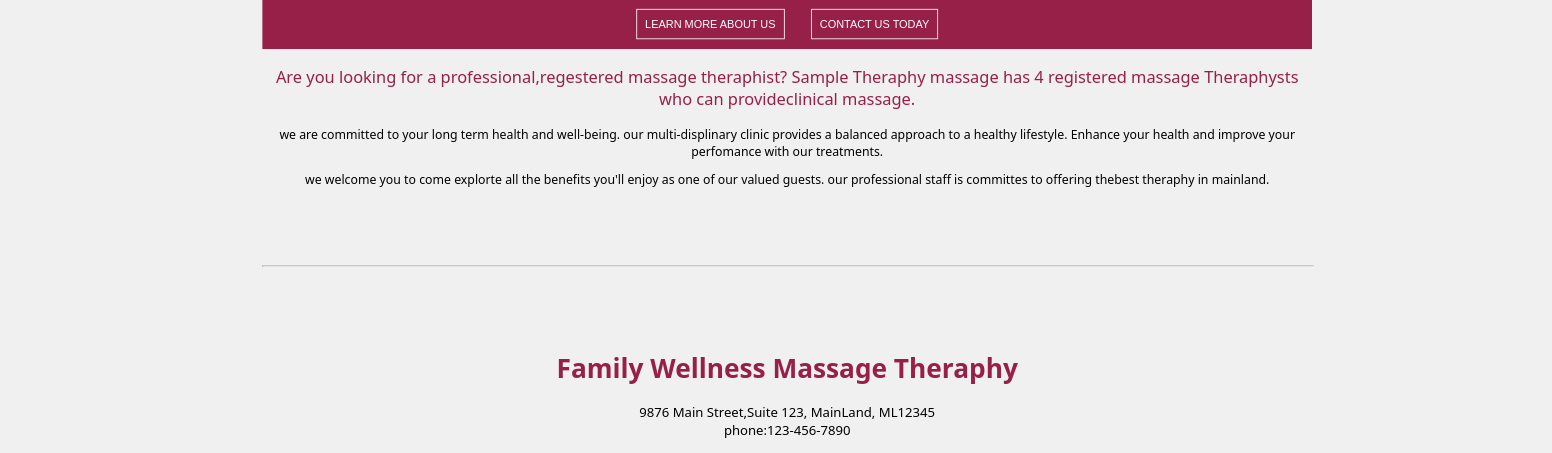
Repository: sriram1224/reactas1.github.io
Page: /
These files come from the project's save history. The page is drawn as it stood at one moment and after the next save; the edit follows.
The browser window is 1280 px wide. The page is 1893 px wide, so the pictures cover 1893 px, including what lies to the right of the window. The pictures show the part of the page from y = 1073 to 1717 px (the page is 1625 px tall before and 1717 px after), at 82% of full size.
Some web fonts or font styles are not loaded; a fallback is used. The project was rebuilt for these pictures with package versions that can differ from the ones it lists, and the page was loaded fresh each time. Also part of the build but not shown: src/App.css.

Above is the page before, as saved 2024-03-05 20:00:35.

### public/index.html
<!DOCTYPE html>
<html lang="en">
  <head>
    <meta charset="utf-8" />

    <meta name="viewport" content="width=device-width, initial-scale=1" />
    <meta name="theme-color" content="#000000" />
    <meta
      name="description"
      content="Web site created using create-react-app"
    />
    <link rel="stylesheet" href="./style.css">

    <title>React App</title>
  </head>
  <body>

    <div id="root"></div>


  </body>
</html>

### src/App.js
import Header from './Components/Header.js'; // Importing the Header component
import './App.css'; // Importing the CSS file for styling
import Nav from './Components/Nav.js'; // Importing the Nav component
import Body from './Components/Body.js'; // Importing the Body component

function App() {
  return (
    <div className="App"> {/* Wrapper div with class name 'App' */}
      <Header /> {/* Rendering the Header component */}
      <Nav /> {/* Rendering the Nav component */}
      <Body /> {/* Rendering the Body component */}
    </div>
  );
}

export default App; // Exporting the App component

### src/Components/Header.js

import "./Header.css";

function Header() {
  return (
    <header className="header">
      <h1>Family Wellness</h1>
      <p>MASSAGE THERAPY</p>

    </header>

  );
}
export default Header;

### src/Components/Nav.js

import Navc from './Nav.css';
function Nav(){
    return (
        <nav className='Nav'>
            <ul>
                <li id='first'>HOME</li>
                <li>ABOUT</li>
                <li>SERVICES</li>
                <li>FAQ</li>
                <li>CONTACT</li>
            </ul>
        </nav>
    )
}
export default Nav;

### src/Components/Body.js

import bodycss from './body.css'
import Carousel from './courosel';

function Card(){
    return(
        <div className="main">
        <div className='card'>
        <h1>Think Health. Think Massage</h1>

        <p>we are  open 9am to 6pm; Monday through Sunday. if you would like to schedule an appointment with us, phone call us at +91 1234567890 today!</p>
        <div className='button-container'>
        <button>LEARN MORE ABOUT US</button>
        <button>CONTACT US TODAY</button></div>

        </div>
        <div className='para'>
        <p className="p1">
        Are you looking for a professional,regestered massage theraphist? Sample Theraphy massage has 4 registered massage Theraphysts who can provideclinical massage.
        </p>
        <p>
        we are committed to your long term health and well-being. our multi-displinary clinic provides a balanced approach to a healthy lifestyle. Enhance your health and improve your perfomance with our treatments.
        </p>
        <p>
        we welcome you to come explorte all the benefits you'll enjoy as one of our valued guests. our professional staff is committes to offering thebest theraphy in mainland.
        </p>
        </div>
        <hr className="hline">
        </hr>
        <div className="main3">
        <h1 className="headings">
        Family Wellness Massage Theraphy
        </h1>
        <p>
        9876 Main Street,Suite 123, MainLand, ML12345<br></br>
        phone:123-456-7890
        </p>
        </div>
        </div>
    );
}


function ControlledCarousel() {
  return (
    <div className='main'>
    <div className='carousel'>
    <Carousel />
    </div>
    <Card />

    </div>
  );
}

export default ControlledCarousel;

### src/Components/Header.css
.header{
    padding-left: 40px;
}

### src/Components/Nav.css

@import url('https://fonts.googleapis.com/css2?family=Noto+Sans:ital,wght@0,100..900;1,100..900&family=Protest+Revolution&display=swap');
body{
    font-family: "Noto Sans", sans-serif;
    margin: 0%;
    padding: 0%;
}
.Nav{
    display: flex;
    justify-content: space-between;
    align-items: center;
    color: white;
    width: 100%;
}
.Nav ul{
    display: flex;

    align-items: center;
    list-style: none;

    width: 96%;
   padding: 20px;
}
.Nav ul li{
    padding: 20px 10rem;

    background-color: rgb(165,161,158);
    text-align: center;
}
#first{
    color: white;
    background-color: rgb(151,32,72);
}

### src/Components/body.css

.button-container{
    display: flex;
    justify-content: center;
    align-items:center;
    padding: 2rem;
    gap: 2rem;

}
.button-container button{
    padding: 10px;
    background-color: Transparent;
    background-repeat:no-repeat;
    border: none;
    cursor:pointer;
    overflow: hidden;
    border:1px solid white;
    color:white;
}

.card{
    display: flex;

    flex-direction: column;
    color:white;
   height: 35rem;
   width: 80rem;
   height: 200px;

   margin-left: 20rem;
   margin-top:30px;
   text-align: center;
    justify-content: center;
    background-color: rgb(151,32,72);


}
.para{
    text-align:center;
    width: 80rem;
    font-size: 15px;
   margin-left: 20rem;

}
.para .p1{
    color:rgb(151,32,72);
    font-size: 20px;

}
.hline{
    width:80rem;
    margin-left: 20rem;
    margin:  5rem 20rem;

}
.main3{
    width:80rem;
    margin-left: 20rem;
    text-align: center;

}
.headings{
    color:rgb(151,32,72)
}
.carousel{
    width:80rem;

    margin-left: 20rem;


}
.main{
    display:flex;
    flex-direction:column;

}

### src/Components/courosel.js
import React from 'react';
import Slider from 'react-slick';
import 'slick-carousel/slick/slick.css';
import 'slick-carousel/slick/slick-theme.css';


const images = [
  'https://i.stack.imgur.com/CJT47.jpg',
  'https://i.stack.imgur.com/capu1.jpg',
  'https://i.stack.imgur.com/zMoo4.jpg',
  'https://i.stack.imgur.com/hOIuY.jpg',
];

const Carousel = () => {
  const settings = {
    dots: true,
    infinite: true,
    speed: 500,
    slidesToShow: 1,
    slidesToScroll: 1,
    autoplay: true,
    autoplaySpeed: 2000,
  };

  return (
    <div>

      <Slider {...settings}>
        {images.map((image, index) => (
          <div key={index}>
            <img src={image} alt={`Slide ${index}`} style={{ height: '40rem',width:'80rem' }} />
          </div>
        ))}
      </Slider>
    </div>
  );
};

export default Carousel;

### public/style.css

@import url('https://fonts.googleapis.com/css2?family=Noto+Sans:ital,wght@0,100..900;1,100..900&family=Protest+Revolution&display=swap');

body{
    background-color: #f0f0f0;
    font-family: "Protest Revolution", sans-serif;
    margin: 0;
    padding: 0;
}

### src/Components/Footer.js
function Footer(){
    return(

        <footer>
        <p className="footer-element1">©copyright 2010. Website.com All rights are reserved</p>
        <p>Powered by Website.com</p>
        </footer>
    )

}
export default Footer;

Loaded but not shown: src/index.js (common file); src/index.css (common file); src/reportWebVitals.js (common file)

After the next save:
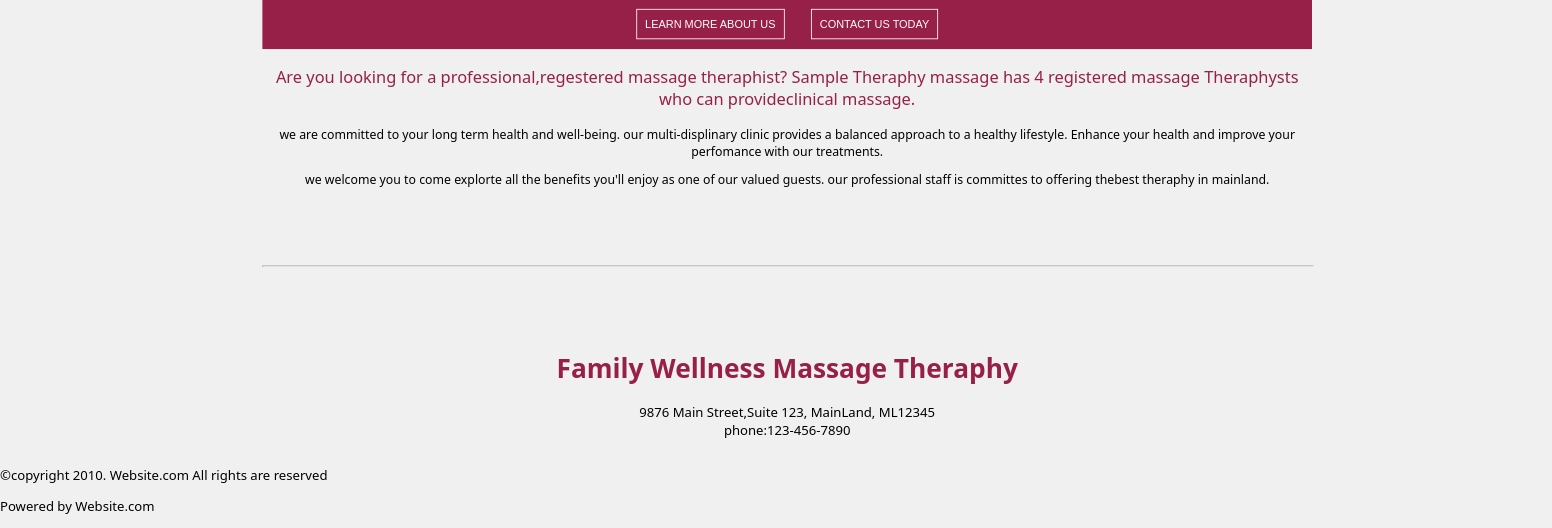
Saved 42 s later.
--- a/src/App.js
+++ b/src/App.js
@@ -2,6 +2,7 @@ import Header from './Components/Header.js'; // Importing the Header component
 import './App.css'; // Importing the CSS file for styling
 import Nav from './Components/Nav.js'; // Importing the Nav component
 import Body from './Components/Body.js'; // Importing the Body component
+import Footer from './Components/Footer.js'; // Importing the Footer component
 
 function App() {
   return (
@@ -9,6 +10,7 @@ function App() {
       <Header /> {/* Rendering the Header component */}
       <Nav /> {/* Rendering the Nav component */}
       <Body /> {/* Rendering the Body component */}
+      <Footer /> {/* Rendering the Footer component */}
     </div>
   );
 }
